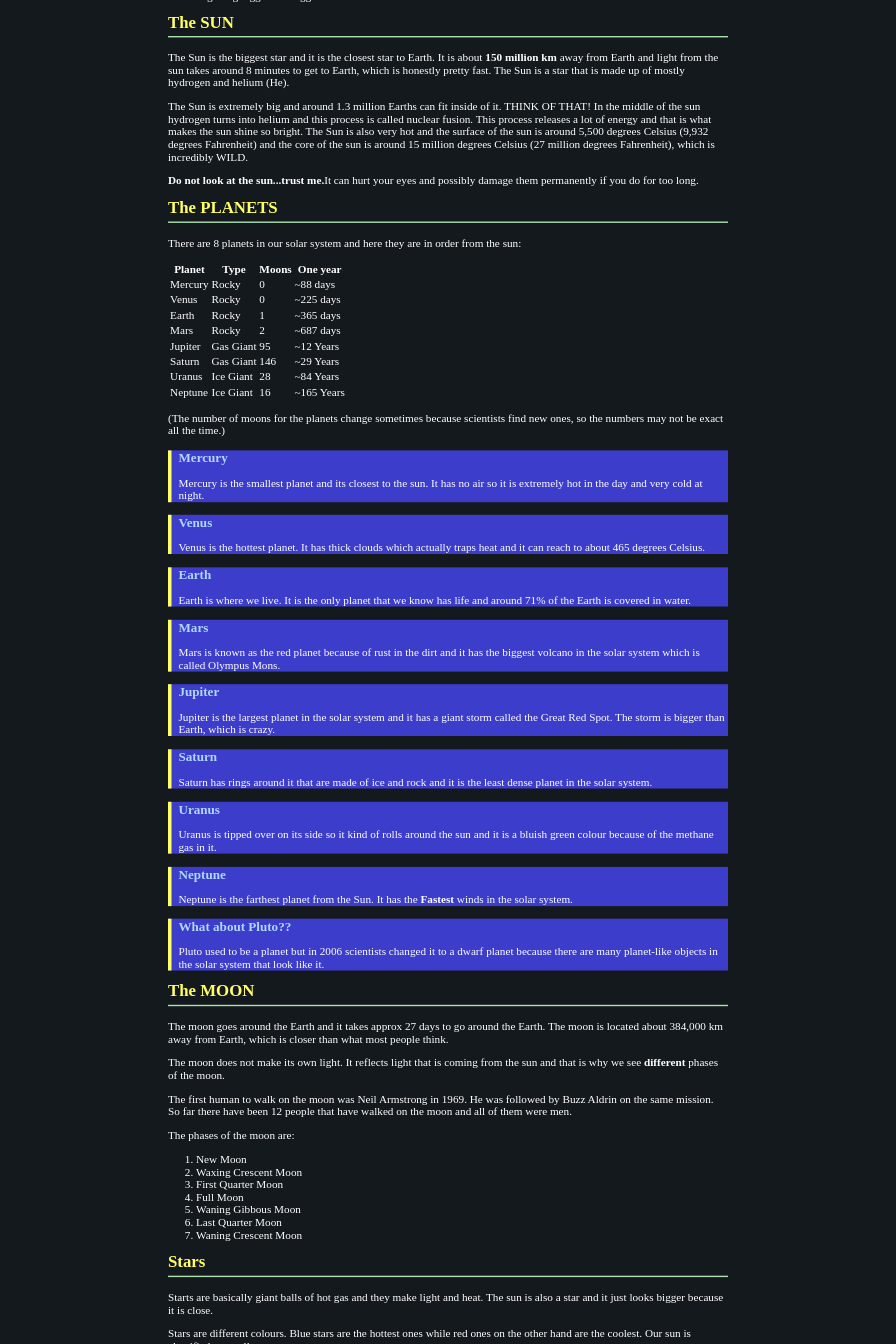
Repository: manayparikh1/Spacify
Page: index.html
These files come from the project's save history. The page is drawn as it stood at one moment and after the next save; the edit follows.
The browser window is 1280 px wide. The pictures show the part of the page from y = 638 to 2558 px (the page is 3871 px tall before and 3833 px after), at 70% of full size.

Above is the page before, as saved 2026-10-30 21:23:35.

### index.html
<!DOCTYPE html>
<html>

<head>
    <meta charset="utf-8">
    <title>Spacify</title>
    <link rel="stylesheet" href="style.css">
</head>

<body>
    <div class="page">
        <div class="header">
            <h1>SPACE!!!</h1>
            <p>A cool little encyclopedia of space</p>
            <p>By: The Space Guy</p>
        </div>
        <div class="box contents">
            <h2>Contents</h2>
            <ul>
                <li><a href="#what">What actually is "Space"</a></li>
                <li><a href="#sun">The SUN</a></li>
                <li><a href="#planets">The PLANETS</a></li>
                <li><a href="#moon">The MOON</a></li>
                <li><a href="#stars">STARS</a></li>
                <li><a href="#galaxies">Galaxies</a></li>
                <li><a href="#blackholes">Black Holes</a></li>
                <li><a href="#astronauts">Astronauts</a></li>
                <li><a href="#facts">Facts</a></li>
                <li><a href="#sources">Sources</a></li>
            </ul>
        </div>
        <div class="box" id="what">
            <h2>What actually is "Space"</h2>
            <p>
                Space is basically everything that resides outside of Earth's Atmosphere. There is no air in space
                so you cannot breath and there is also no sound either because sound needs air to travel for those who
                did not know.
                Space starts at approximately 100 km (62 miles) above the Earth. This is called the Kármán line.
            </p>
            <p>
                Space is <strong>SUPER</strong> cold in most places but if you are in the sunlight it can get
                <strong>VERY</strong> hot. Space is also almost just empty with darkness all around, but not totally
                empty.
                There is a little gas and dust floating around in space and possible debris and other things. Plus there
                is a lot of radiation in space that can be harmful to humans, which is why we need to wear special suits
                and helmets when we go into space.
            </p>
            <p>
                The universe is around 13.8 billion years old, which is <strong>MUCH</strong> more than you think.
                Scientists think that it started with the Big Bang, which is a scientific phenomenon that happened a
                long time ago. The universe is also expanding, which means that it is getting bigger and bigger over
                time.
            </p>
        </div>

        <div class="box" id="sun">
            <h2>The SUN</h2>
            <p>
                The Sun is the biggest star and it is the closest star to Earth. It is about <strong>150 million
                    km</strong> away from Earth and light from the sun takes around 8 minutes to get to Earth, which is
                honestly pretty fast. The Sun is a star that is made up of mostly hydrogen and helium (He).
            </p>
            <p>
                The Sun is extremely big and around 1.3 million Earths can fit inside of it. THINK OF THAT! In the
                middle of the sun hydrogen turns into helium and this process is called nuclear fusion. This process
                releases a lot of energy and that is what makes the sun shine so bright. The Sun is also very hot and
                the surface of the sun is around 5,500 degrees Celsius (9,932 degrees Fahrenheit) and the core of the
                sun is around 15 million degrees Celsius (27 million degrees Fahrenheit), which is incredibly WILD.
            </p>
            <p class="warning"><b>Do not look at the sun...trust me.</b>It can hurt your eyes and possibly damage them
                permanently if you do for too long.</p>
        </div>
        <div class="box" id="planets">
            <h2>The PLANETS</h2>
            <p>There are 8 planets in our solar system and here they are in order from the sun: </p>
            <table>
                <tr>
                    <th>Planet</th>
                    <th>Type</th>
                    <th>Moons</th>
                    <th>One year</th>
                </tr>
                <tr>
                    <td>Mercury</td>
                    <td>Rocky</td>
                    <td>0</td>
                    <td>~88 days</td>
                </tr>
                <tr>
                    <td>Venus</td>
                    <td>Rocky</td>
                    <td>0</td>
                    <td>~225 days</td>
                </tr>
                <tr>
                    <td>Earth</td>
                    <td>Rocky</td>
                    <td>1</td>
                    <td>~365 days</td>
                </tr>
                <tr>
                    <td>Mars</td>
                    <td>Rocky</td>
                    <td>2</td>
                    <td>~687 days</td>
                </tr>
                <tr>
                    <td>Jupiter</td>
                    <td>Gas Giant</td>
                    <td>95</td>
                    <td>~12 Years</td>
                </tr>
                <tr>
                    <td>Saturn</td>
                    <td>Gas Giant</td>
                    <td>146</td>
                    <td>~29 Years</td>
                </tr>
                <tr>
                    <td>Uranus</td>
                    <td>Ice Giant</td>
                    <td>28</td>
                    <td>~84 Years</td>
                </tr>
                <tr>
                    <td>Neptune</td>
                    <td>Ice Giant</td>
                    <td>16</td>
                    <td>~165 Years</td>
                </tr>

                </tr>

            </table>
            <p class="small">(The number of moons for the planets change sometimes because scientists find new ones, so
                the numbers may not be exact all the time.)</p>
            <div class="planet-box">
                <h3>Mercury</h3>
                <p>
                    Mercury is the smallest planet and its closest to the sun. It has no air so it is extremely hot in
                    the day and very cold at night.
                </p>
            </div>
            <div class="planet-box">
                <h3>Venus</h3>
                <p>
                    Venus is the hottest planet. It has thick clouds which actually traps heat and it can reach to about
                    465 degrees Celsius.
                </p>
            </div>
            <div class="planet-box">
                <h3>Earth</h3>
                <p>
                    Earth is where we live. It is the only planet that we know has life and around
                    71% of the Earth is covered in water.
                </p>
            </div>
            <div class="planet-box">
                <h3>Mars</h3>
                <p>
                    Mars is known as the red planet because of rust in the dirt and it has the biggest volcano in the
                    solar system which is called Olympus Mons.
                </p>
            </div>
            <div class="planet-box">
                <h3>Jupiter</h3>
                <p>
                    Jupiter is the largest planet in the solar system and it has a giant storm called the Great Red
                    Spot. The storm is bigger than Earth, which is crazy.
                </p>
            </div>
            <div class="planet-box">
                <h3>Saturn</h3>
                <p>
                    Saturn has rings around it that are made of ice and rock and it is the least dense planet in the
                    solar
                    system.
                </p>
            </div>
            <div class="planet-box">
                <h3>Uranus</h3>
                <p>
                    Uranus is tipped over on its side so it kind of rolls around the sun and it is a bluish green colour
                    because of the methane gas in it.
                </p>
            </div>
            <div class="planet-box">
                <h3>Neptune</h3>
                <p>
                    Neptune is the farthest planet from the Sun. It has the <strong>Fastest</strong> winds in the solar
                    system.
                </p>
            </div>
            <div class="planet-box">
                <h3>What about Pluto??</h3>
                <p>
                    Pluto used to be a planet but in 2006 scientists changed it to a dwarf planet because there are many
                    planet-like objects in the solar system that look like it.
                </p>
            </div>
        </div>
        <div class="box" id="moon">
            <h2>The MOON</h2>
            <p>
                The moon goes around the Earth and it takes approx 27 days to go around the Earth. The moon is located
                about 384,000 km away from Earth, which is closer than what most people think.
            </p>
            <p>
                The moon does not make its own light. It reflects light that is coming from the sun and that is why we
                see <strong>different</strong> phases of the moon.
            </p>
            <p>
                The first human to walk on the moon was Neil Armstrong in 1969. He was followed by Buzz Aldrin on the
                same mission. So far there have been 12 people that have walked on the moon and all of them were men.
            </p>
            <p>The phases of the moon are:</p>
            <ol>
                <li>New Moon</li>
                <li>Waxing Crescent Moon</li>
                <li>First Quarter Moon</li>
                <li>Full Moon</li>
                <li>Waning Gibbous Moon</li>
                <li>Last Quarter Moon</li>
                <li>Waning Crescent Moon</li>
            </ol>
        </div>
        <div class="box" id="stars">
            <h2>Stars</h2>
            <p>
                Starts are basically giant balls of hot gas and they make light and heat. The sun is also a star and it
                just looks bigger because it is close.
            </p>
            <p>
                Stars are different colours. Blue stars are the hottest ones while red ones on the other hand are the
                coolest. Our sun is classified as a yellow star.
            </p>
            <p>
                Stars are born in big clouds of gas and dust called nebulas. When a star dies it can explode and this is
                called a supernova.
            </p>
            <p>
                The closest star to us after the sun is called Proxima Centauri. It is located last years.
            </p>
            <p>
                A light year is how far light goes in one year and that is about
            </p>
        </div>
        <div class="box" id="galaxies">
            <h2>Galaxies</h2>
            <p>
                A galaxy is a big group of stars, dust, and even gas. We live in a galaxy called the Milky Way and it
                has approximately 100 to 400 billion stars in it.
            </p>
            <p>
                There are 3 main types/kinds of galaxies: </p>

            <ul>
                <li>Spiral (like the Milky Way)</li>
                <li>Elliptical (shaped like an oval)</li>
                <li>Irregular (no real shape)</li>

            </ul>
            <p>
                The closest big galaxy to us is called Andromeda Galaxy. Scientists think that it will crash into the
                Milky Way in about 4 or 5 billion years (we will be long gone by then lol).
            </p>
        </div>
        <div class="box" id="blackholes">
            <h2>Black Holes</h2>
            <p>
                A black hole is a place in space where gravity is sooo strong that nothing can escape it, not even
                light, which is why they are black.
            </p>
            <p>
                Some black holes are created when a big star dies and collapses. There are super big black holes in the
                middle of the Milky Way. It is called Sagittarius A* and it is 4 million times bigger than the sun
                (IMAGINE THAT).
            </p>
            <p>In 2019 scientists took the first ever pic of a black hole.</p>
        </div>
        <div class="box" id="astronauts">
            <h2>Astronauts</h2>
            <p>
                Astronauts are people who go to space and the first person to go to space was Yuri Gagarin in 1961.
            </p>
            <p>
                The first Canadian in space (my country) was Marc Garneau is 1984. Chris Hadfield is another Canadian
                astronaut and he was the commander of the Internation Space Station (ISS) in 2013. He is also known for
                playing guitar and singing in space (lol).
            </p>
            <p>
                The International Space Station (ISS) is like a big lab that goes around Earth and it goes around 16
                times a day, which is a lot considering the size of Earth. Astronauts live there for months at a time,
                which is scary honestly.
            </p>
            <p>
                In space the astronatus float because they are falling around the Earth all the time. They have to strap
                themselves in to sleep so they dont eventually float away because it is highly dangerous to float around
                in space without a suit on. The astronauts also have to exercise for 2 hours a day because their muscles
                and bones get weak in space.
            </p>
        </div>
        <div class="box" id="facts">
            <h2>Facts</h2>
            <ul>
                <li>A day on Venus is longer than a year on Earth.</li>
                <li>The footprints on the moon will stay there for a <strong>long</strong> time.</li>
                <li>Astronauts get a little bit taller in space.</li>
                <li>Olympus Mons on Mars is about 3 times as big as Mount Everest.</li>
                <li>Saturn would float in water if you had a bathub that big lol.</li>
                <li>There are more stars in the universe than grains of sand on Earth.</li>
                <li>Neutron stars are <strong>SUPERRRRR</strong> heavy and a teaspoon of one would weight about a
                    billion tons.</li>
            </ul>
        </div>
        <div class="box" id="sources">
            <h2>Sources</h2>
            <ul>
                <li><a href="https://science.nasa.gov/">NASA Science</a></li>
                <li><a href="https://www.britannica.com/science/space-exploration">Space Exploration</a></li>
                <li><a href="https://www.asc-csa.gc.ca/eng/">Canadian Space Agency</a></li>
                <li>my science textbook</li>
            </ul>
        </div>
        <div class="footer">
            <p class="small">Made for CUBED<br>Thanks a lot for reading</p>
            <p class="small"><a href="#">back to top</a></p>
        </div>
    </div>

    <body>

</html>

### style.css
body {
    font-family: "Comic Sans MS", "Comic Sans";
    background-color: #14191e;
    color: white;
    padding: 21px;
    margin: 0;
}

.page {
    max-width: 800px;
    margin: 0 auto;
}

.header {
    text-align: center;
    border: 3px solid yellow;
    padding: 15px;
    background-color: #21216b;
    margin-bottom: 26.5px;
}

h1 {
    color: rgb(110, 159, 251);
    margin: 0;
    font-size: 40px;
}

h2 {
    color: #ffff66;
    margin-top: 0;
    border-bottom: 2px solid rgb(171, 225, 172);
    padding-bottom: 5.7px;
}

h3 {
    color: #b0d7fe;
    margin-bottom: 9.5px;
}

a {
    color: #082440;
}

.box {}

.contents ul {
    columns: 2;
}

.planet-box {
    background-color: #3d3dcc;
    border-left: 5px solid #ffff66;
    padding-left: 10px;
}

After the next save:
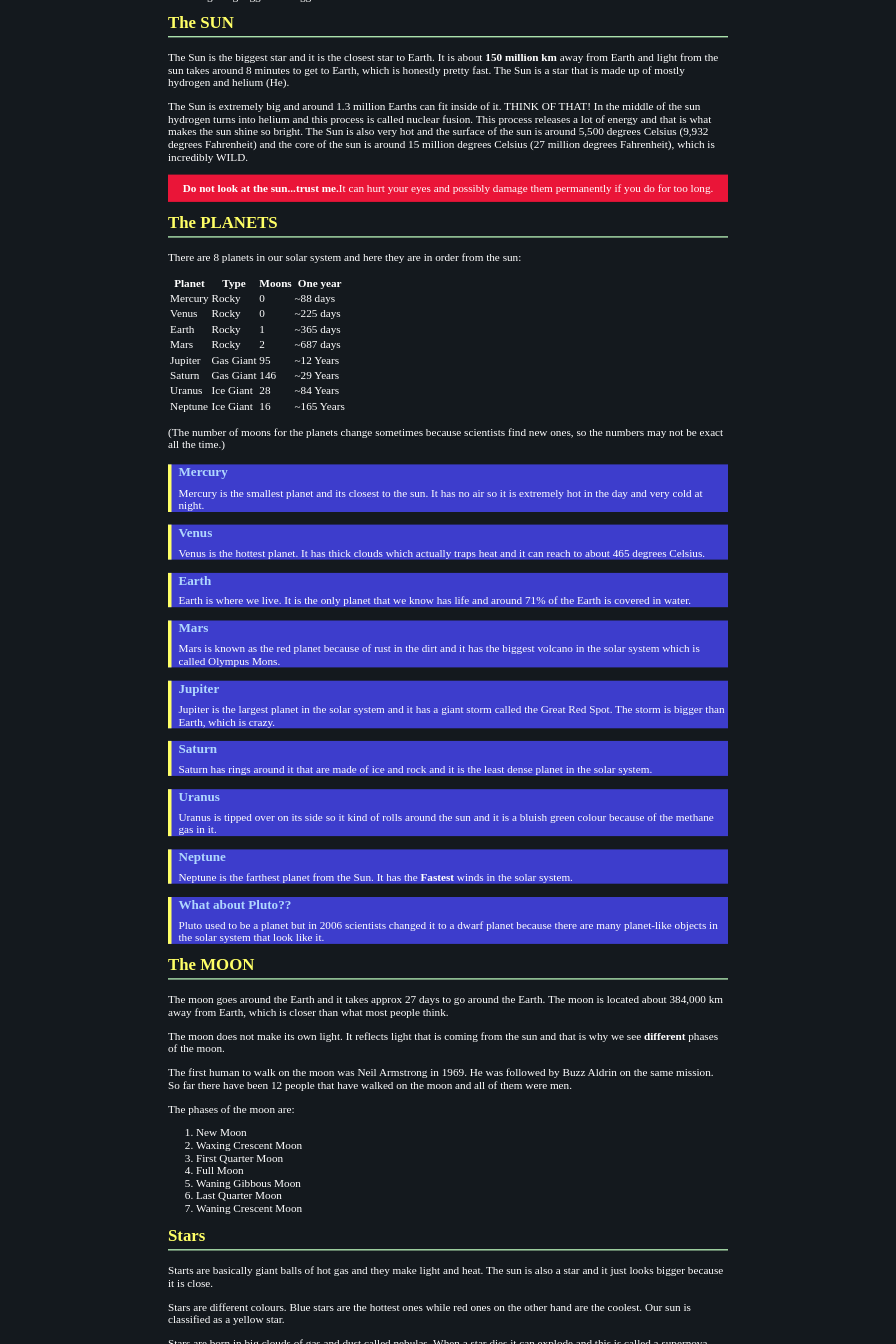
Saved 6 min 22 s later.
--- a/style.css
+++ b/style.css
@@ -52,3 +52,13 @@ a {
     border-left: 5px solid #ffff66;
     padding-left: 10px;
 }
+
+.planet-box p {
+    margin-top: 5px;
+}
+
+.warning {
+    background-color: #ea1538;
+    padding: 10.3px;
+    text-align: center;
+}
